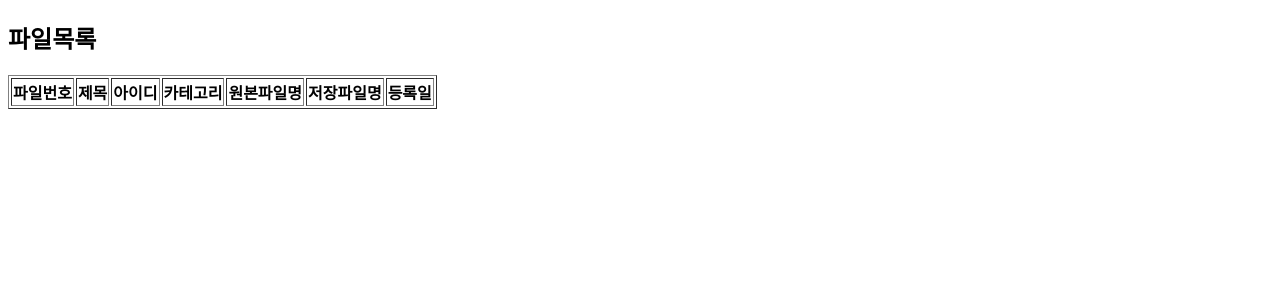
Repository: allely/spring
Page: http://localhost/jsp/upload/list
The author's editor kept a copy of each file at every save. The page is drawn from the files as they stood at one save, then again after the next save.
The browser window is 1280 px wide. The pictures show the whole page.
The page is served by Tomcat 9. Other server files are loaded and not shown. Queries for data that is not in the repository find no rows.

Above is the page before, as saved 2023-11-28 03:26:04.

### 2. 서블릿 & JSP/jsp/jsp/src/main/webapp/10.upload/list.jsp
<%@ page language="java" contentType="text/html; charset=UTF-8"
    pageEncoding="UTF-8"%>
<%@taglib prefix="c" uri="http://java.sun.com/jsp/jstl/core"  %>
<!DOCTYPE html>
<html>
<head>
<meta charset="UTF-8">
<title>Insert title here</title>
</head>
<body>
	<h2>파일목록</h2>
	<table border>
			<tr>
				<th>파일번호</th>
				<th>제목</th>
				<th>아이디</th>
				<th>카테고리</th>
				<th>원본파일명</th>
				<th>저장파일명</th>
				<th>등록일</th>
			</tr>
		<c:forEach items="${list}" var="fileDto" >
			<tr>
				<td>${fileDto.file_no }</td>
				<td>${fileDto.name }</td>
				<td>${fileDto.title }</td>
				<td>${fileDto.cate }</td>
				<td>${fileDto.ofile }</td>
				<td>${fileDto.sfile }</td>
				<td>${fileDto.postdate }</td>
			</tr>
		</c:forEach>
	</table>

	<!-- ofile : 원본파일명
		 sfile : 저장된 파일명
	-->
	<a href="filedownload.jsp?ofile=스크린샷 2023-11-27 151753.png&sfile=스크린샷 2023-11-27 151753.png">

	</a>

</body>
</html>

### 2. 서블릿 & JSP/jsp/jsp/src/main/java/com/me/book/controller/UploadListController.java
package com.me.book.controller;

import java.io.IOException;
import java.util.List;

import javax.servlet.ServletException;
import javax.servlet.annotation.WebServlet;
import javax.servlet.http.HttpServlet;
import javax.servlet.http.HttpServletRequest;
import javax.servlet.http.HttpServletResponse;

import com.me.dao.FileDao;
import com.me.dto.FileDto;


@WebServlet("/upload/list")
public class UploadListController extends HttpServlet {
	private static final long serialVersionUID = 1L;

	/**
	 * 첨부파일으 목록을 조회하여 반환한다.
	 */
	protected void doGet(HttpServletRequest request, HttpServletResponse response) throws ServletException, IOException {

		// 파일 목록을 조회
		FileDao dao = new FileDao();
		List<FileDto> list = dao.getList();
		dao.close();

		System.out.println(list);
		request.setAttribute("list", list);

		request.getRequestDispatcher("/10.upload/list.jsp").forward(request, response);
	}

	protected void doPost(HttpServletRequest request, HttpServletResponse response) throws ServletException, IOException {

		doGet(request, response);
	}

}

### 2. 서블릿 & JSP/jsp/jsp/src/main/java/com/me/common/DBConnPool.java
package com.me.common;

import java.sql.Connection;
import java.sql.PreparedStatement;
import java.sql.ResultSet;
import java.sql.SQLException;
import java.sql.Statement;

import javax.naming.Context;
import javax.naming.InitialContext;
import javax.naming.NamingException;
import javax.sql.DataSource;

public class DBConnPool {
	public Connection con;
	public Statement stmt;
	public PreparedStatement pstmt;
	public ResultSet rs;

	public DBConnPool() {

		try {
			// JNDI를 통해 커넥션을 얻어오기

			Context initContext = new InitialContext();
			Context envContext  = (Context)initContext.lookup("java:/comp/env");
			DataSource ds = (DataSource)envContext.lookup("jdbc/myoracle");
			// 커넥션풀을 통해 연결 객체를 멤버변수 con에 담아준다.
			con = ds.getConnection();
			System.out.println("확인 : " + con);

		} catch (NamingException e) {
			System.out.println("===============DBConnPool NamingException");
			e.printStackTrace();
		} catch (SQLException e) {
			System.out.println("===============DBConnPool SQLException");
			e.printStackTrace();
		}
	}

	/**
	 * 연결해제(자원반납)
	 */
	public void close() {
		try {
			if(rs != null) rs.close();
			if(pstmt != null) pstmt.close();
			if(stmt != null) stmt.close();
			if(con != null) con.close();
			System.out.println("자원 반납 성공");

		} catch(Exception e){
			System.out.println("자원 반납 중 예외가 발생했습니다.");
			e.printStackTrace();
		}
	}
	/**
	 * 페이지쿼리를 생성해주는 메서드
	 * @param sql
	 * @return
	 */
	public String pageingQuery(String sql) {
		String before = "SELECT * \n"
				+ "	FROM 	(SELECT B.* ,ROWNUM RNUM\r\n"
				+ "        		FROM    (";
		String after = "		) B\r\n"
				+ " 	)\r\n"
				+ "WHERE RNUM BETWEEN ? AND ?";
		return before + sql + after;
	}
}

### 2. 서블릿 & JSP/jsp/jsp/src/main/java/com/me/dao/FileDao.java
package com.me.dao;

import java.sql.SQLException;
import java.util.ArrayList;
import java.util.List;

import com.me.common.DBConnPool;
import com.me.dto.FileDto;

public class FileDao extends DBConnPool{

	public int regFile(FileDto fileDto) {
		int res = 0;
		String sql = "INSERT INTO tbl_file (  file_no, name, title, cate, ofile, sfile)\r\n"
				+ "VALUES ( seq_tbl_file.nextval, '?', '?', '?', '?', '?')";
		try {
			pstmt = con.prepareStatement(sql);

			pstmt.setString(1, fileDto.getName());
			pstmt.setString(2, fileDto.getTitle());
			pstmt.setString(3, fileDto.getCate());
			pstmt.setString(4, fileDto.getOfile());
			pstmt.setString(5, fileDto.getSfile());

			res = pstmt.executeUpdate();
		} catch (SQLException e) {
			e.printStackTrace();
		}
		return res;
	}

	public List<FileDto> getList() {
		List<FileDto> list = new ArrayList<>();
		String sql = "SELECT * FROM tbl_file ORDER BY file_no DESC";

		try {
			pstmt = con.prepareStatement(sql);
			// 결과 집합
			rs = pstmt.executeQuery();
			while(rs.next()) {
				FileDto dto = new FileDto();
				dto.setFile_no(rs.getInt("file_no"));
				dto.setName(rs.getString("name"));
				dto.setTitle(rs.getString("title"));
				dto.setCate(rs.getString("name"));
				dto.setOfile(rs.getString("ofile"));
				dto.setSfile(rs.getString("sfile"));
				dto.setPostdate(rs.getString("postdate"));

				list.add(dto);
			}
		} catch (SQLException e) {
			e.printStackTrace();
		}


		return list;
	}
}

After the next save:
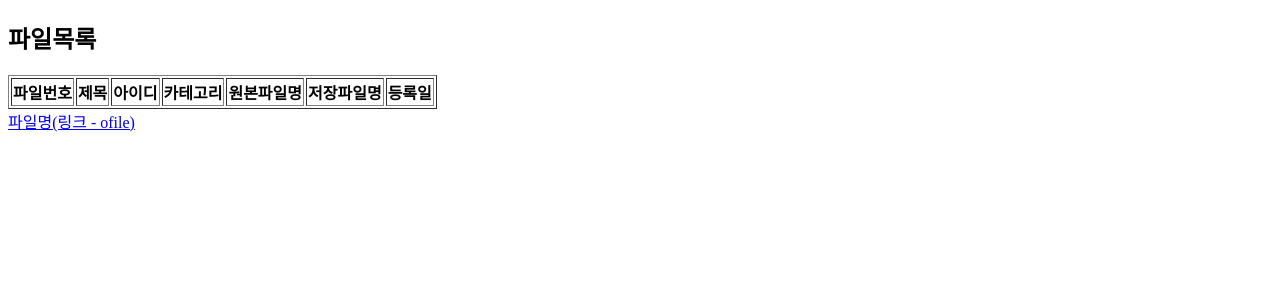
Saved 19 s later.
--- a/2. 서블릿 & JSP/jsp/jsp/src/main/webapp/10.upload/list.jsp
+++ b/2. 서블릿 & JSP/jsp/jsp/src/main/webapp/10.upload/list.jsp
@@ -36,7 +36,7 @@
 		 sfile : 저장된 파일명
 	-->
 	<a href="filedownload.jsp?ofile=스크린샷 2023-11-27 151753.png&sfile=스크린샷 2023-11-27 151753.png">
-
+		파일명(링크 - ofile)
 	</a>
 
 </body>
